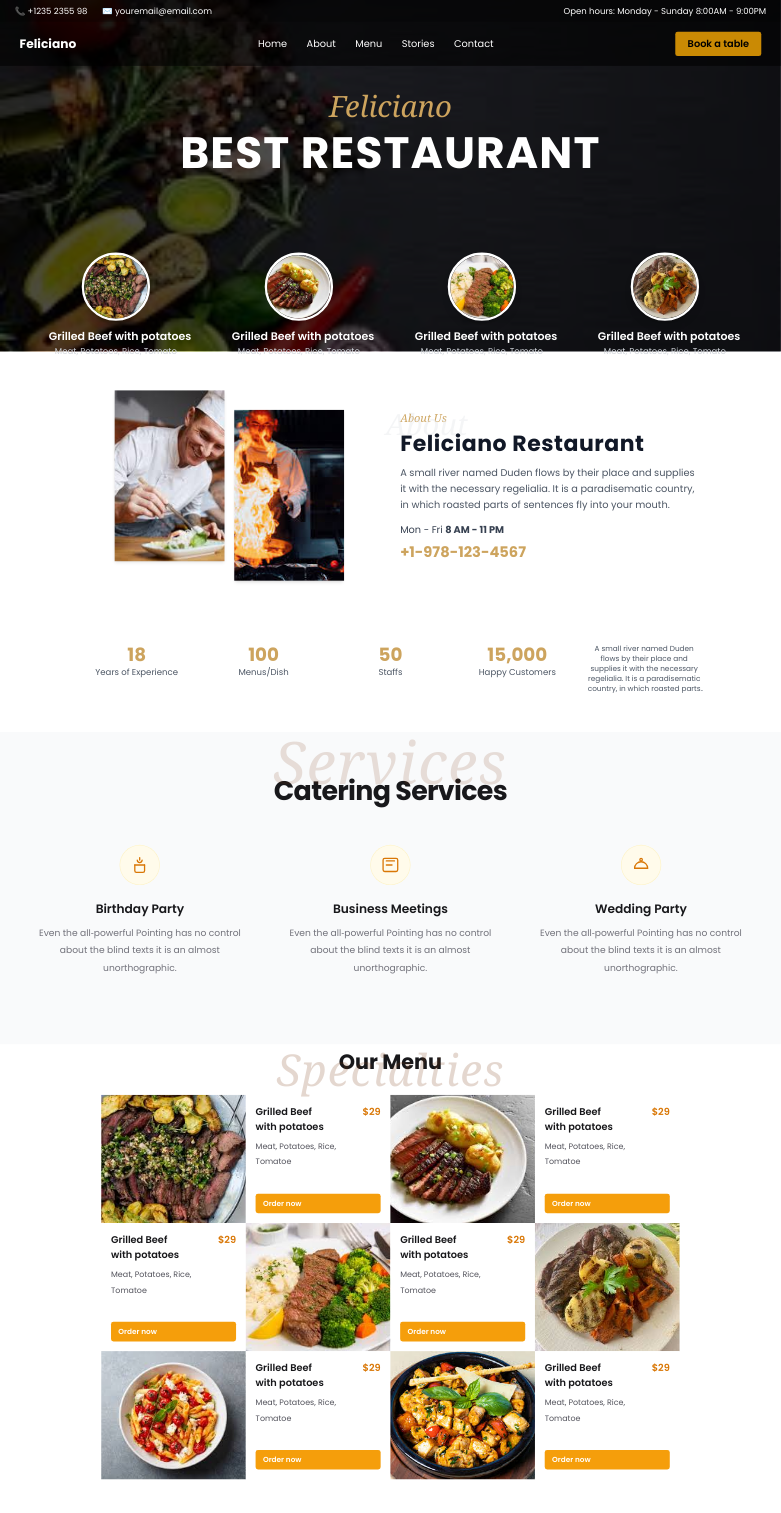
Repository: Purniagithub/Benttacproject
Page: /
An editor plug-in stored every save of this project. The page is shown before and after the next save, followed by the edit.
The browser window is 1280 px wide. The pictures show the whole page, at 61% of full size.
Some web fonts or font styles are not loaded; a fallback is used. The project was rebuilt for these pictures with package versions that can differ from the ones it lists, and the page was loaded fresh each time. Also part of the build but not shown: vite.config.js.

Above is the page before, as saved 2025-08-21 18:25:31.

After the next save:
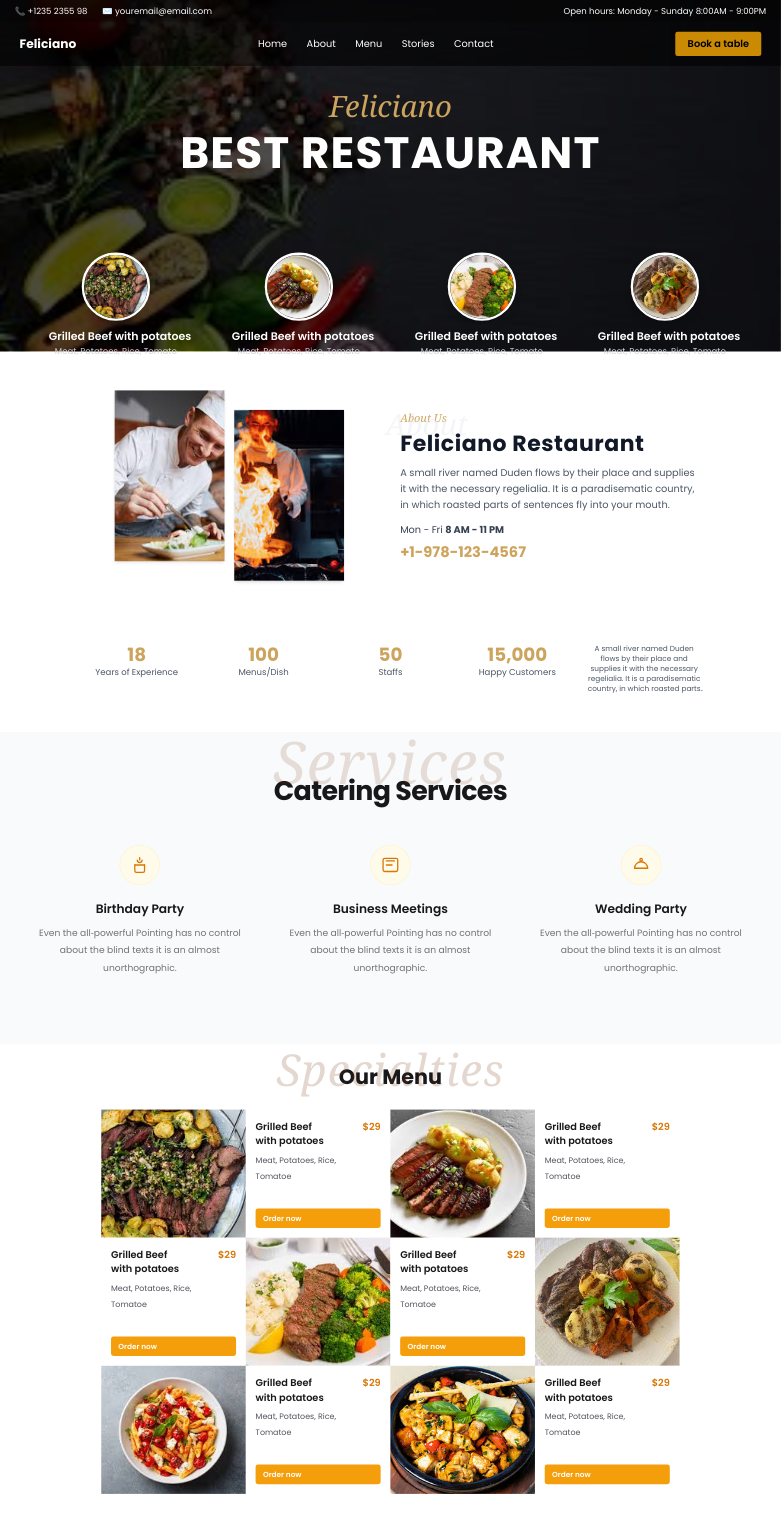
Saved 5 s later.
--- a/src/components/MenuTightGrid.jsx
+++ b/src/components/MenuTightGrid.jsx
@@ -83,7 +83,7 @@ export default function MenuTightGrid({
       </div>
 
       <div className="mx-auto px-4" style={{ maxWidth: `${containerWidth}px` }}>
-        <h2 className="text-center text-[30px] md:text-[34px] font-extrabold leading-tight text-zinc-900 -mt-12">
+        <h2 className="text-center text-[30px] md:text-[34px] font-extrabold leading-tight text-zinc-900 -mt-6">
           {heading}
         </h2>
 
